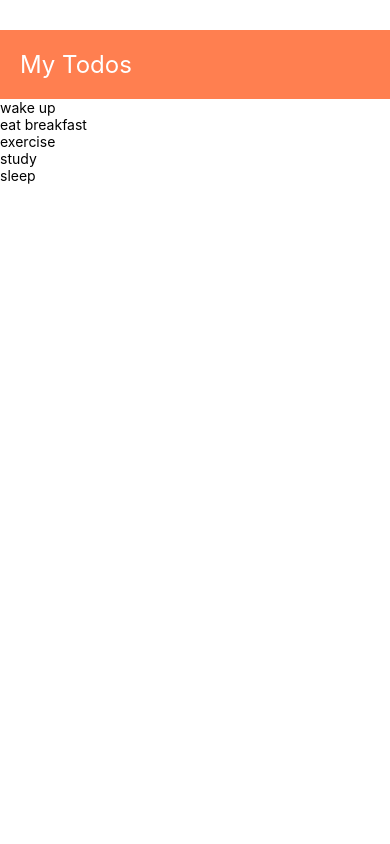
Repository: shiv0403/React-native-tutorial
Screen: /
The author's editor kept a copy of each file at every save. The screen is drawn from the files as they stood at one save, then again after a run of saves.
The app was drawn by React Native's web renderer in a window 390 px wide. The project was rebuilt for these pictures with package versions that can differ from the ones it lists, and the page was loaded fresh each time.

Above is the screen before, as saved 2021-02-11 09:15:16.

### App.js
import React, { useState } from "react";
import {
  FlatList,
  StyleSheet,
  Text,
  TouchableOpacity,
  View,
} from "react-native";
import Header from "./components/Header";

export default function App() {
  const [todo, setTodo] = useState([
    { text: "wake up", key: "1" },
    { text: "eat breakfast", key: "2" },
    { text: "exercise", key: "3" },
    { text: "study", key: "4" },
    { text: "sleep", key: "5" },
  ]);

  return (
    <View style={styles.container}>
      <Header />
      <View style={styles.content}>
        {/* to form */}
        <View style={styles.list}>
          <FlatList
            data={todo}
            keyExtractor={(item) => item.key}
            renderItem={({ item }) => {
              return <Text>{item.text}</Text>;
            }}
          />
        </View>
      </View>
    </View>
  );
}

const styles = StyleSheet.create({
  container: {
    flex: 1,
    backgroundColor: "#fff",
    marginTop: 30,
  },
});

### components/Header.js
import React, { useState } from "react";
import { StyleSheet, Text, View } from "react-native";

export default function Header() {
  return (
    <View style={styles.header}>
      <Text style={styles.title}>My Todos</Text>
    </View>
  );
}

const styles = StyleSheet.create({
  header: {
    padding: 20,
    backgroundColor: "coral",
  },
  title: {
    fontSize: 24,
    color: "#fff",
  },
});

After the next 3 saves:
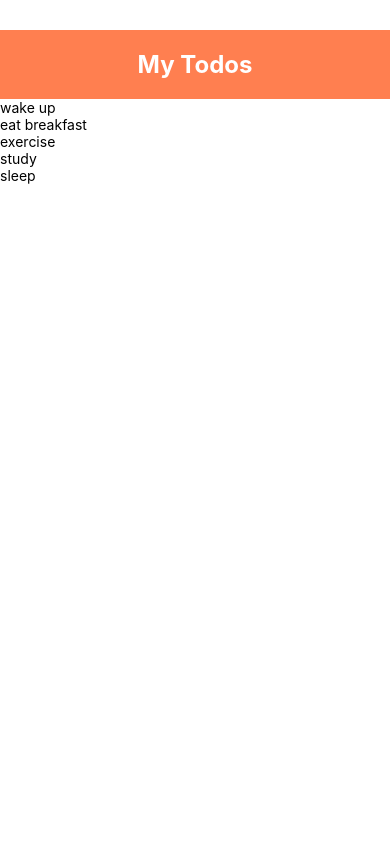
The 3 saves are shown as one change because 1 did not build or start and some came seconds apart.
The last was saved 18 s later.
--- a/components/Header.js
+++ b/components/Header.js
@@ -15,7 +15,9 @@ const styles = StyleSheet.create({
     backgroundColor: "coral",
   },
   title: {
+    textAlign: "center",
     fontSize: 24,
+    fontWeight: "bold",
     color: "#fff",
   },
 });
